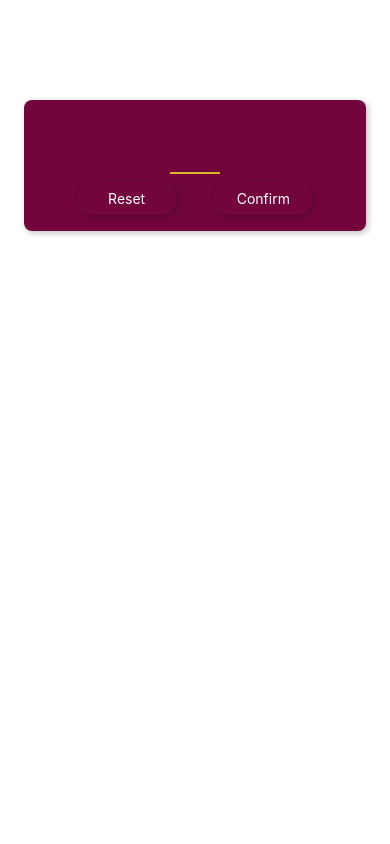
Repository: cobalt88/miniGameApp
Screen: /
The author's editor kept a copy of each file at every save. The screen is drawn from the files as they stood at one save, then again after the next save.
The app was drawn by React Native's web renderer in a window 390 px wide. The project was rebuilt for these pictures with package versions that can differ from the ones it lists, and the page was loaded fresh each time.

Above is the screen before, as saved 2023-02-02 16:45:00.

After the next save:
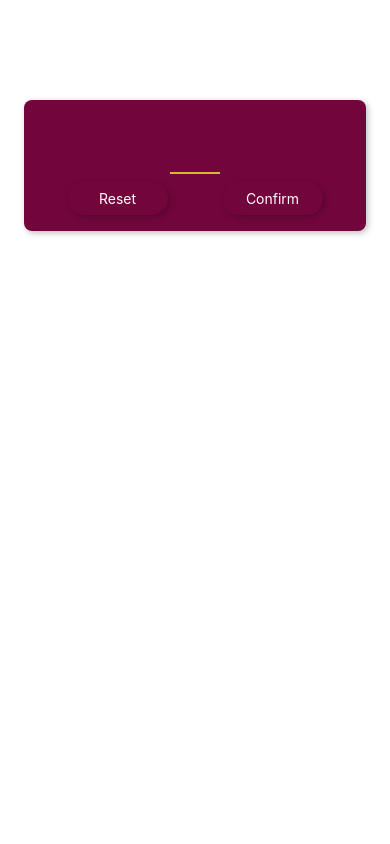
Saved 33 s later.
--- a/components/PrimaryButton.js
+++ b/components/PrimaryButton.js
@@ -5,11 +5,11 @@ function PrimaryButton({ children }) {
     console.log("pressed the main button");
   }
   return (
-    <Pressable onPress={pressHandler} android_ripple={{ color: "#640233" }}>
-      <View style={styles.buttonContainer}>
-        <Text style={styles.buttonText}>{children}</Text>
-      </View>
-    </Pressable>
+    <View style={styles.buttonContainer}>
+      <Pressable onPress={pressHandler} android_ripple={{ color: "#640233" }}>
+        <Text style={styles.buttonText}>{children}</Text>{" "}
+      </Pressable>
+    </View>
   );
 }
 
